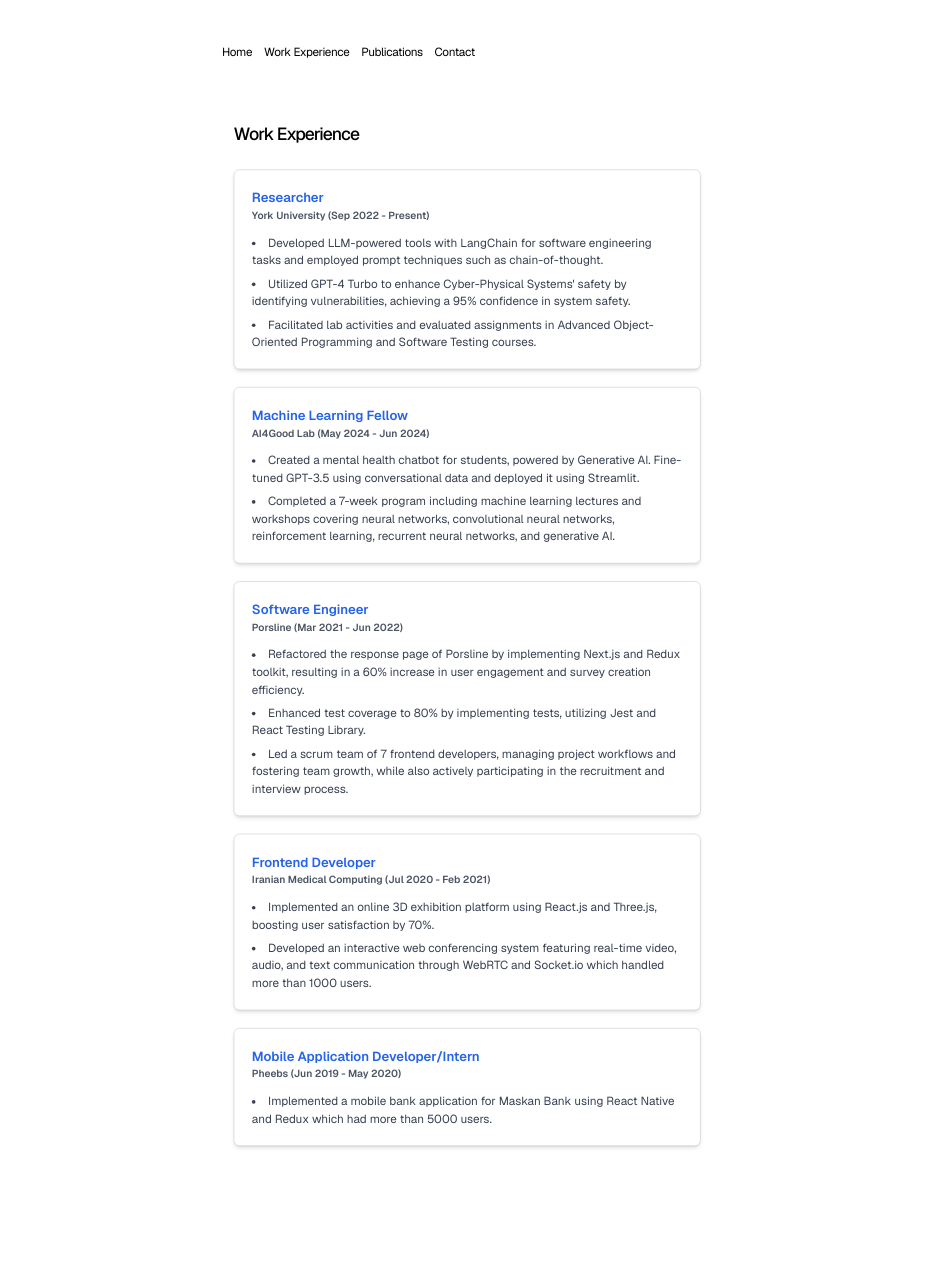
Repository: kimixz/kimixz.github.io
Page: /work
An editor plug-in stored every save of this project. The page is shown before and after the next save, followed by the edit.
The browser window is 1280 px wide. The pictures show the whole page, at 73% of full size.
The project was rebuilt for these pictures with package versions that can differ from the ones it lists, and the page was loaded fresh each time. Some packages were replaced by stand-ins written for this rebuild. The framework's server and built-in components were replaced by stand-ins that run in the browser. Also part of the build but not shown: next.config.mjs, app/blog/[slug]/sandpack.tsx.

Above is the page before, as saved 2024-07-28 16:53:21.

After the next save:
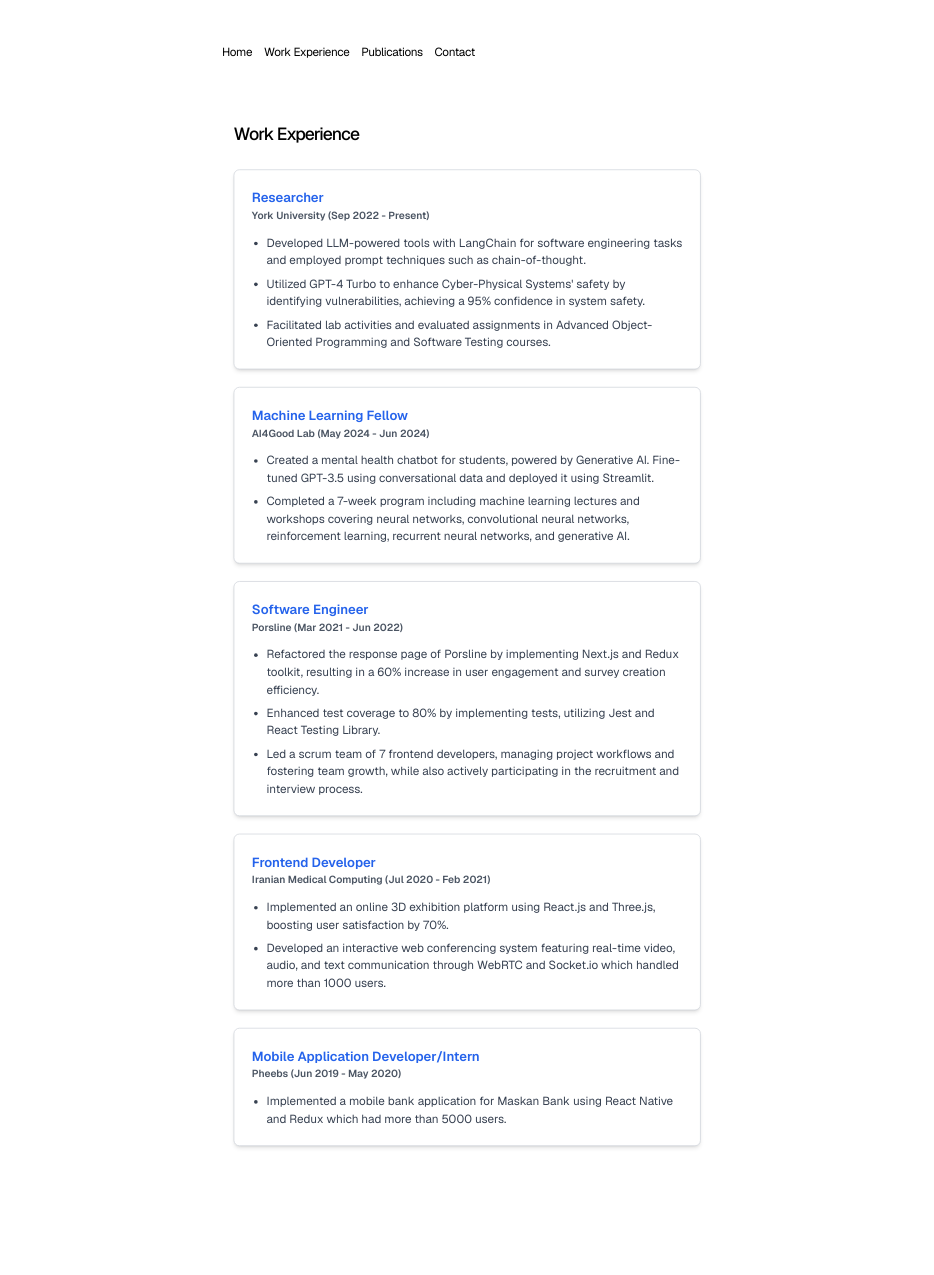
Saved 53 s later.
--- a/app/work/page.tsx
+++ b/app/work/page.tsx
@@ -9,7 +9,7 @@ export default function Page() {
             <span className="block text-blue-600 dark:text-blue-400">Researcher</span>
             <span className="block text-sm text-gray-600 dark:text-gray-400">York University (Sep 2022 - Present)</span>
           </h2>
-          <ul className="list-disc list-inside text-gray-700 dark:text-gray-300 space-y-2">
+          <ul className="list-disc ml-5 text-gray-700 dark:text-gray-300 space-y-2">
             <li>Developed LLM-powered tools with LangChain for software engineering tasks and employed prompt techniques such as chain-of-thought.</li>
             <li>Utilized GPT-4 Turbo to enhance Cyber-Physical Systems' safety by identifying vulnerabilities, achieving a 95% confidence in system safety.</li>
             <li>Facilitated lab activities and evaluated assignments in Advanced Object-Oriented Programming and Software Testing courses.</li>
@@ -20,7 +20,7 @@ export default function Page() {
             <span className="block text-blue-600 dark:text-blue-400">Machine Learning Fellow</span>
             <span className="block text-sm text-gray-600 dark:text-gray-400">AI4Good Lab (May 2024 - Jun 2024)</span>
           </h2>
-          <ul className="list-disc list-inside text-gray-700 dark:text-gray-300 space-y-2">
+          <ul className="list-disc ml-5 text-gray-700 dark:text-gray-300 space-y-2">
             <li>Created a mental health chatbot for students, powered by Generative AI. Fine-tuned GPT-3.5 using conversational data and deployed it using Streamlit.</li>
             <li>Completed a 7-week program including machine learning lectures and workshops covering neural networks, convolutional neural networks, reinforcement learning, recurrent neural networks, and generative AI.</li>
           </ul>
@@ -30,7 +30,7 @@ export default function Page() {
             <span className="block text-blue-600 dark:text-blue-400">Software Engineer</span>
             <span className="block text-sm text-gray-600 dark:text-gray-400">Porsline (Mar 2021 - Jun 2022)</span>
           </h2>
-          <ul className="list-disc list-inside text-gray-700 dark:text-gray-300 space-y-2">
+          <ul className="list-disc ml-5 text-gray-700 dark:text-gray-300 space-y-2">
             <li>Refactored the response page of Porsline by implementing Next.js and Redux toolkit, resulting in a 60% increase in user engagement and survey creation efficiency.</li>
             <li>Enhanced test coverage to 80% by implementing tests, utilizing Jest and React Testing Library.</li>
             <li>Led a scrum team of 7 frontend developers, managing project workflows and fostering team growth, while also actively participating in the recruitment and interview process.</li>
@@ -41,7 +41,7 @@ export default function Page() {
             <span className="block text-blue-600 dark:text-blue-400">Frontend Developer</span>
             <span className="block text-sm text-gray-600 dark:text-gray-400">Iranian Medical Computing (Jul 2020 - Feb 2021)</span>
           </h2>
-          <ul className="list-disc list-inside text-gray-700 dark:text-gray-300 space-y-2">
+          <ul className="list-disc ml-5 text-gray-700 dark:text-gray-300 space-y-2">
             <li>Implemented an online 3D exhibition platform using React.js and Three.js, boosting user satisfaction by 70%.</li>
             <li>Developed an interactive web conferencing system featuring real-time video, audio, and text communication through WebRTC and Socket.io which handled more than 1000 users.</li>
           </ul>
@@ -51,7 +51,7 @@ export default function Page() {
             <span className="block text-blue-600 dark:text-blue-400">Mobile Application Developer/Intern</span>
             <span className="block text-sm text-gray-600 dark:text-gray-400">Pheebs (Jun 2019 - May 2020)</span>
           </h2>
-          <ul className="list-disc list-inside text-gray-700 dark:text-gray-300 space-y-2">
+          <ul className="list-disc ml-5 text-gray-700 dark:text-gray-300 space-y-2">
             <li>Implemented a mobile bank application for Maskan Bank using React Native and Redux which had more than 5000 users.</li>
           </ul>
         </div>
